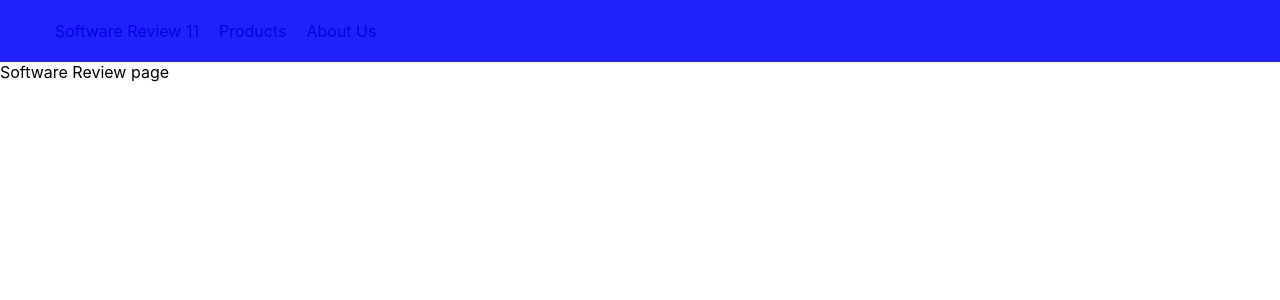
Repository: Alaa-M1/phoenix-products-reactjs-mui
Page: /
The author's editor kept a copy of each file at every save. The page is drawn from the files as they stood at one save, then again after the next save.
The browser window is 1280 px wide. The pictures show the whole page.
The project was rebuilt for these pictures with package versions that can differ from the ones it lists, and the page was loaded fresh each time. Also part of the build but not shown: src/App.css, src/pages/Products/index.tsx, src/pages/AboutUs/index.tsx.

Above is the page before, as saved 2023-04-18 15:35:32.

After the next save:
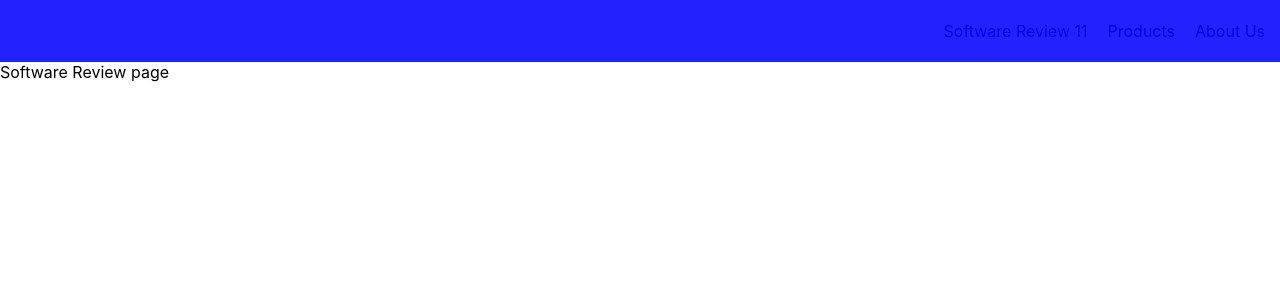
Saved 2 min 23 s later.
--- a/src/components/AppLayout.tsx
+++ b/src/components/AppLayout.tsx
@@ -4,6 +4,12 @@
 const StyledNav = styled.nav`
   background-color: #22f;
   padding: 5px;
+  display: flex;
+  ul {
+    display: inline-block;
+    width: auto;
+    margin-left: auto;
+  }
   li {
     margin-left: auto;
     display: inline-block;
